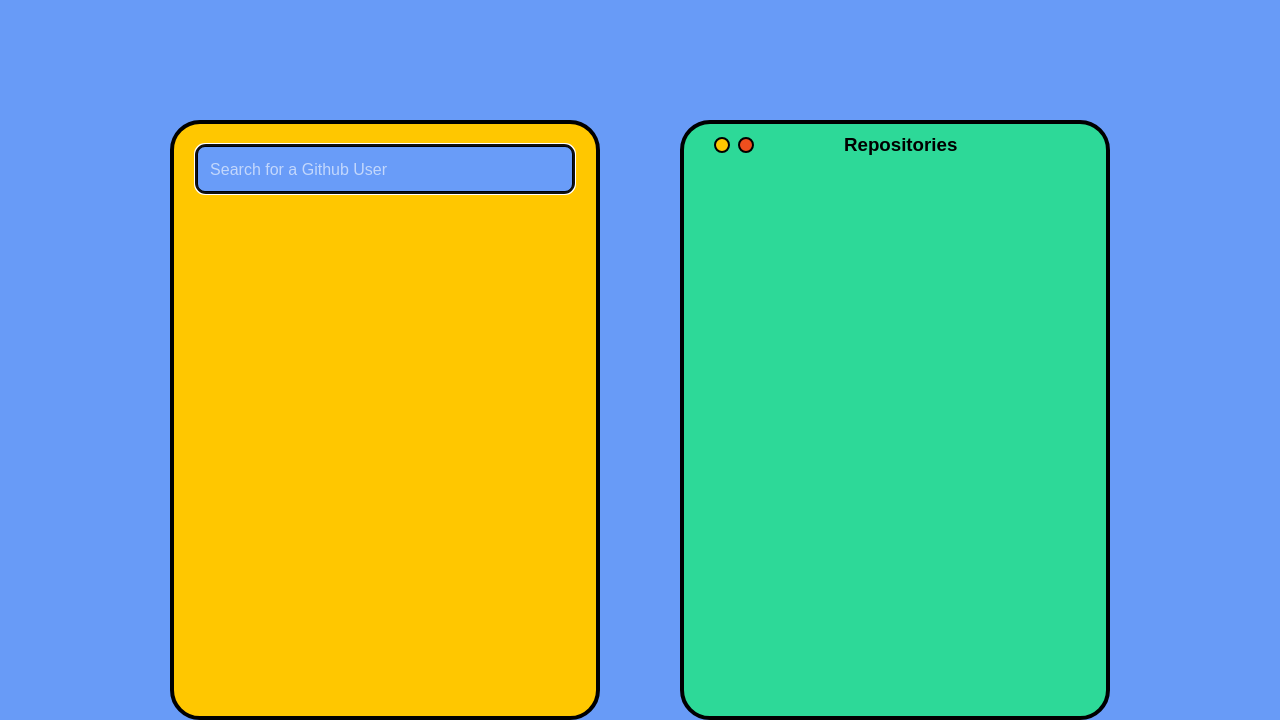
Repository: ThisIsSahaj/Js-Projects
Page: GitHubSearch/index.html
The author's editor kept a copy of each file at every save. The page is drawn from the files as they stood at one save, then again after the next save.
The browser window is 1280 px wide. The pictures show the whole page.
The page's requests for data from a server got no answer.

Above is the page before, as saved 2024-04-25 22:05:11.

After the next save:
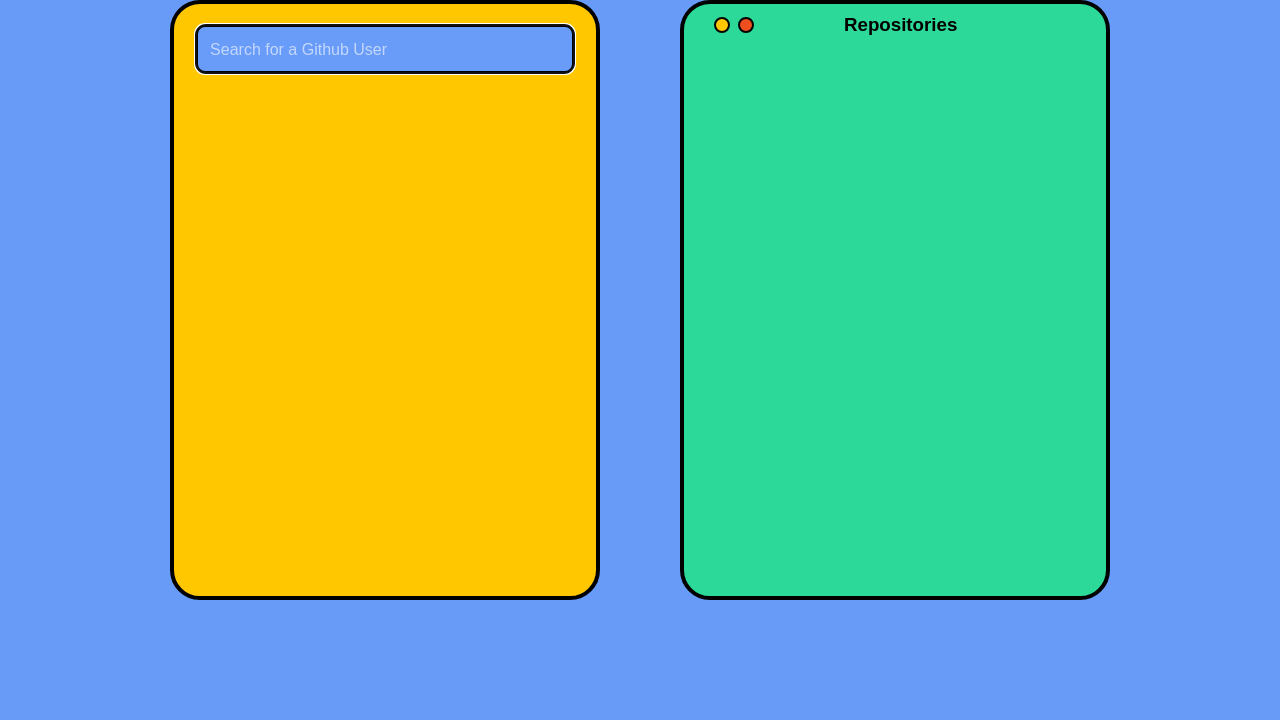
Saved 15 s later.
--- a/GitHubSearch/style.css
+++ b/GitHubSearch/style.css
@@ -52,7 +52,7 @@ input, p, h3 {
     width: 430px;
     /* height: 80%; */
     margin: 0px 40px;
-    margin-top: 120px;
+    /* margin-top: 120px; */
     height: 600px;
     border-radius: 30px;
     background-color: #C8B8FF;
